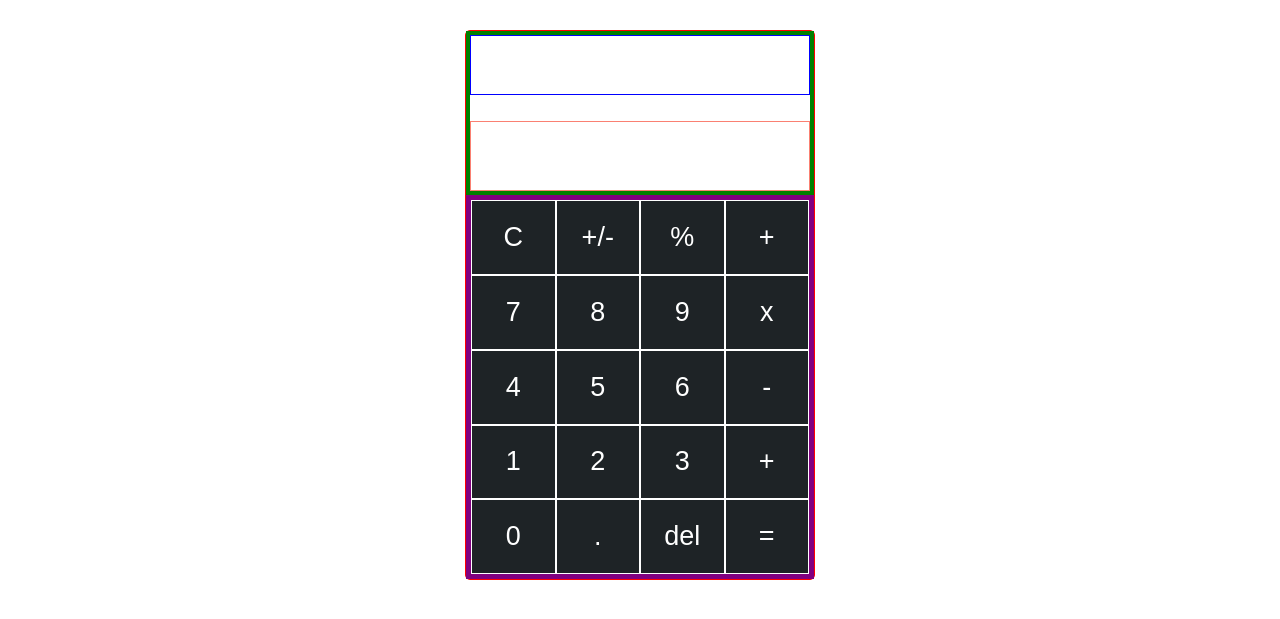
Repository: OfirLana/Calculator
Page: index.html
The author's editor kept a copy of each file at every save. The page is drawn from the files as they stood at one save, then again after the next save.
The browser window is 1280 px wide. The pictures show the whole page.

Above is the page before, as saved 2019-03-12 18:30:17.

After the next save:
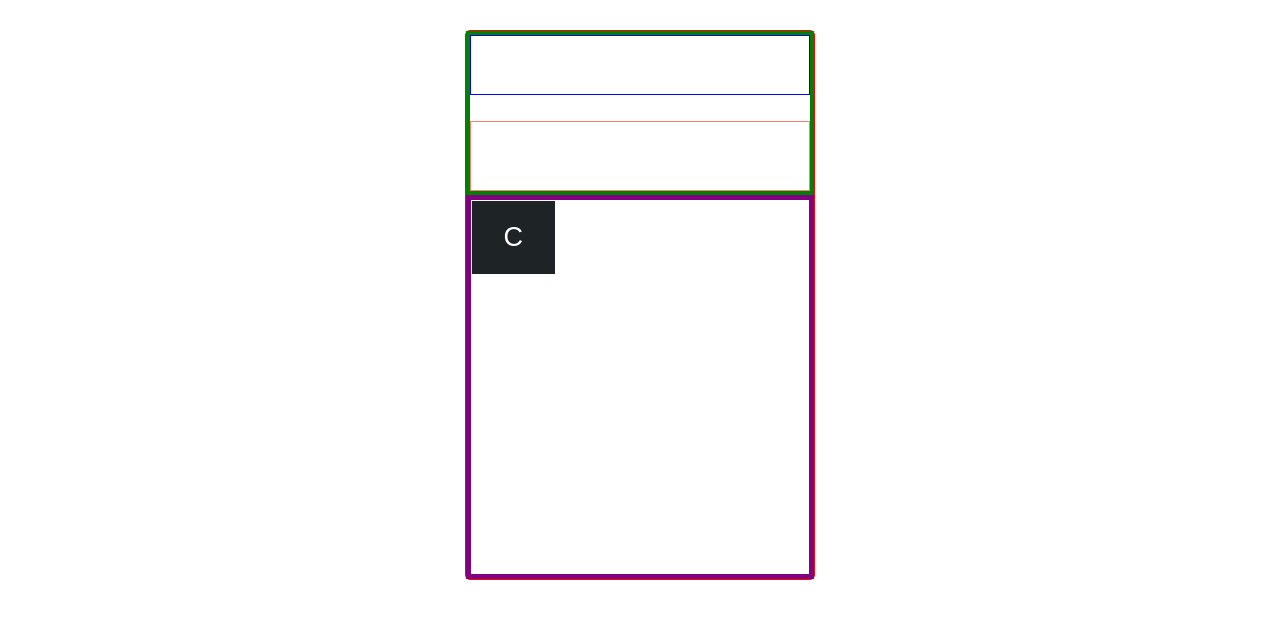
Saved 45 s later.
--- a/index.html
+++ b/index.html
@@ -28,7 +28,7 @@
 
         <div class="opeartor_box">
             <button class="opeartor_button">C</button>
-            <button class="opeartor_button">+/-</button>
+            <!-- <button class="opeartor_button">+/-</button>
             <button class="opeartor_button">%</button>
             <button class="opeartor_button">+</button>
             <button class="opeartor_button">7</button>
@@ -46,7 +46,7 @@
             <button class="opeartor_button">0</button>
             <button class="opeartor_button">.</button>
             <button class="opeartor_button">del</button>
-            <button class="opeartor_button">=</button>
+            <button class="opeartor_button">=</button> -->
 
 
         </div>

After the save that followed:
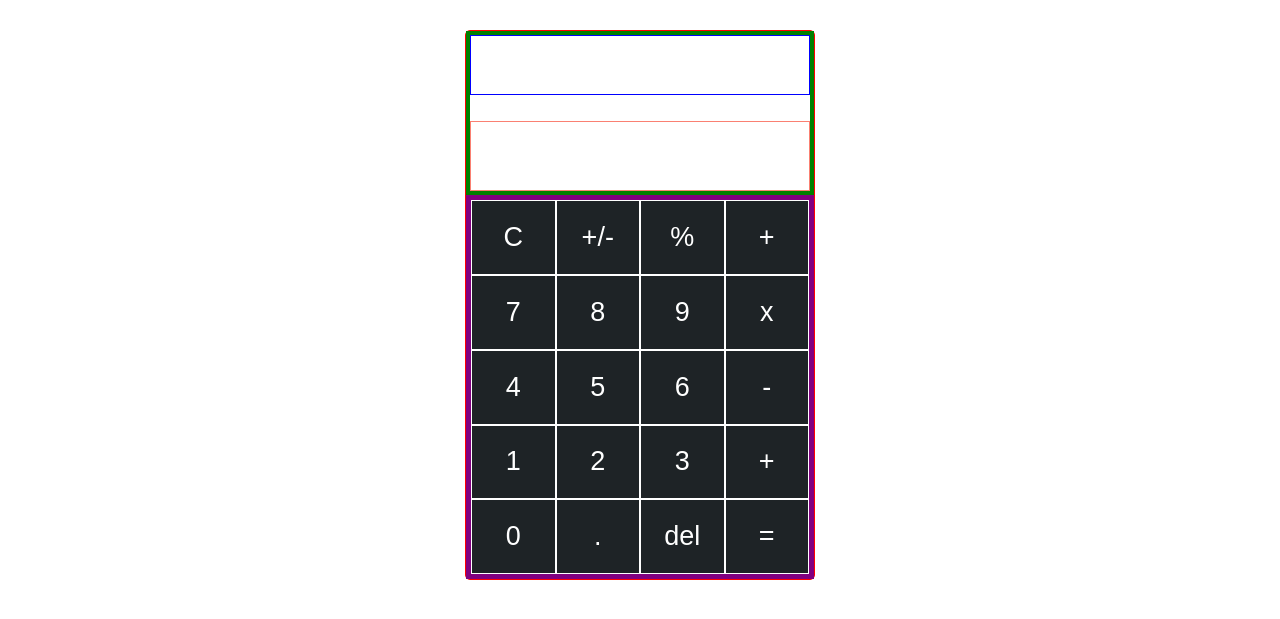
Saved 5 min 28 s later.
--- a/index.html
+++ b/index.html
@@ -28,7 +28,7 @@
 
         <div class="opeartor_box">
             <button class="opeartor_button">C</button>
-            <!-- <button class="opeartor_button">+/-</button>
+            <button class="opeartor_button">+/-</button>
             <button class="opeartor_button">%</button>
             <button class="opeartor_button">+</button>
             <button class="opeartor_button">7</button>
@@ -46,7 +46,7 @@
             <button class="opeartor_button">0</button>
             <button class="opeartor_button">.</button>
             <button class="opeartor_button">del</button>
-            <button class="opeartor_button">=</button> -->
+            <button class="opeartor_button">=</button>
 
 
         </div>
